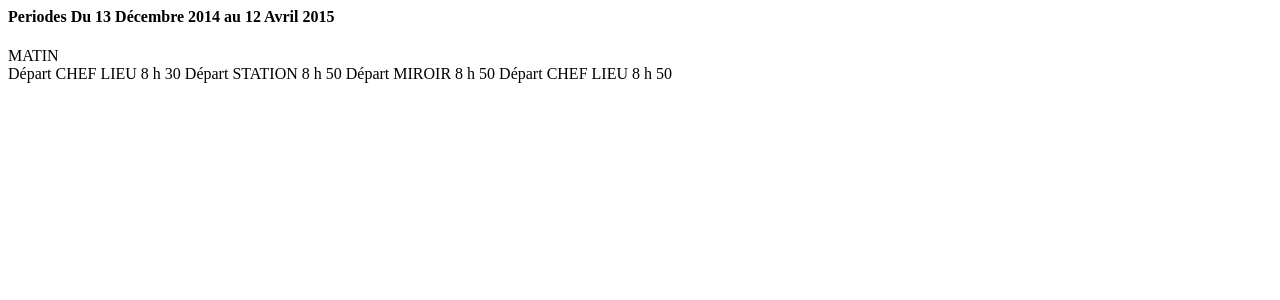
Repository: numericgraphics/Rosiere_Service
Page: www/templates/horaires.html
The author's editor kept a record of every edit. The page is drawn from the files as they stood at one moment, then again after the next edit.
The browser window is 1280 px wide. The pictures show the whole page.

Above is the page before.

After the next edit:
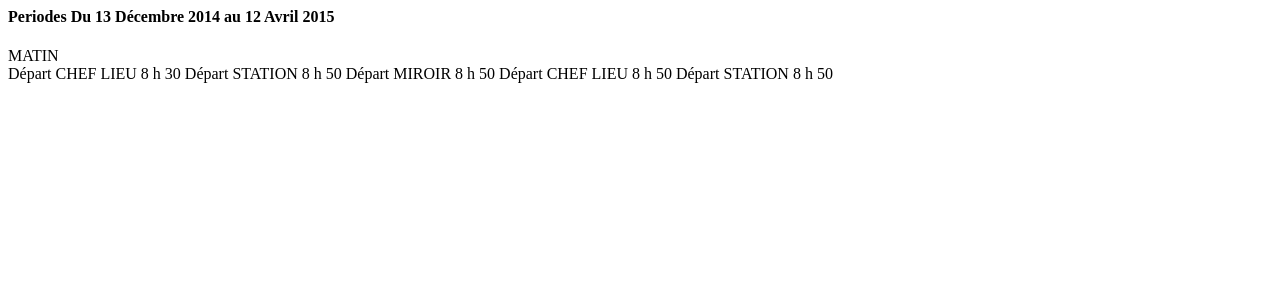
The edit:
--- a/www/templates/horaires.html
+++ b/www/templates/horaires.html
@@ -39,6 +39,13 @@
             </span>
           </a>
 
+          <a class="item">
+            Départ STATION
+            <span class="item-note">
+              8 h 50
+            </span>
+          </a>
+
 
 
           </div>
